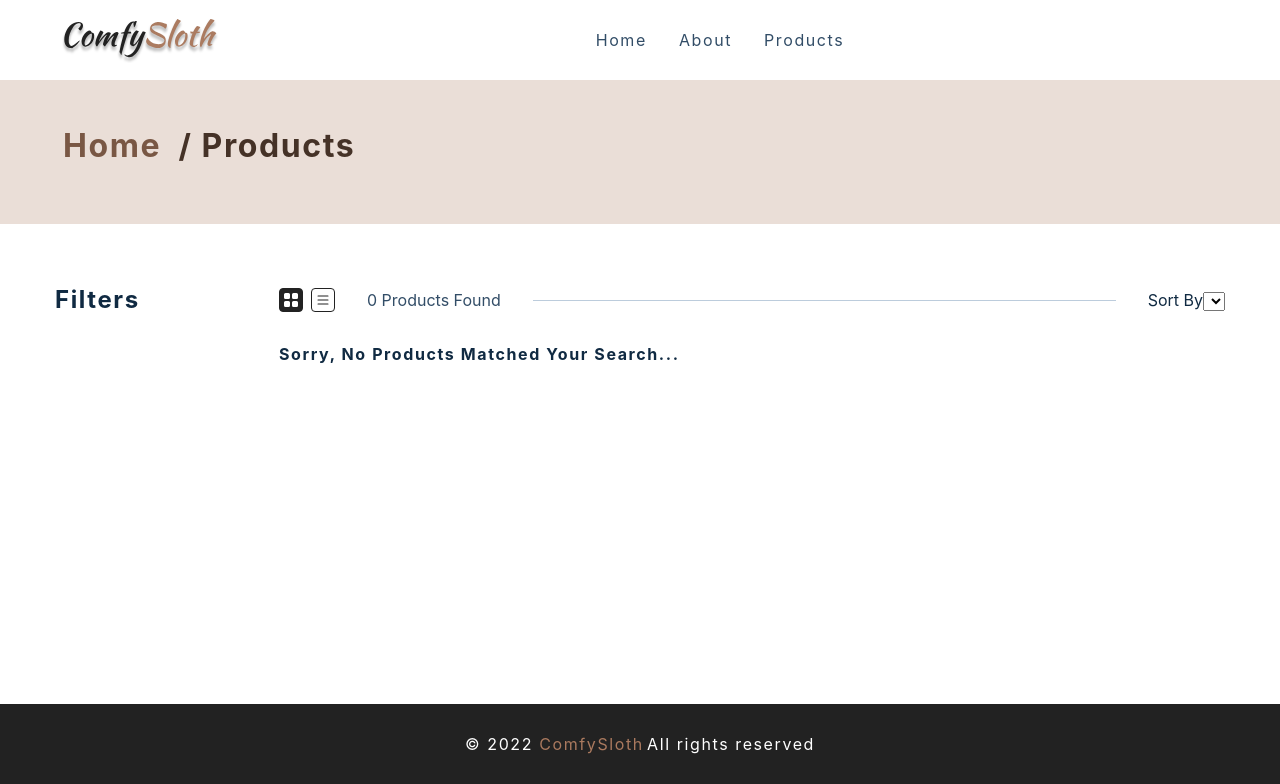
Repository: MateuszWorek/react-comfy-store
Page: /products
An editor plug-in stored every save of this project. The page is shown before and after the next save, followed by the edit.
The browser window is 1280 px wide. The pictures show the whole page.
The page's requests for data from a server got no answer. The project was rebuilt for these pictures with package versions that can differ from the ones it lists, and the page was loaded fresh each time. A package was used in the major version that the imports need, not the one package.json lists. No one was signed in, and anything a server would have sent is missing. Also part of the build but not shown: src/components/Error.js, src/components/Loading.js, src/components/Product.js, src/components/FeaturedProducts.js, src/reducers/cart_reducer.js, src/context/cart_context.js, src/context/user_context.js, src/components/Hero.js and 19 more. Imported but missing from the stored project, and not drawn on this page: src/components/AmountButtons.

Above is the page before, as saved 2022-07-17 09:13:22.

After the next save:
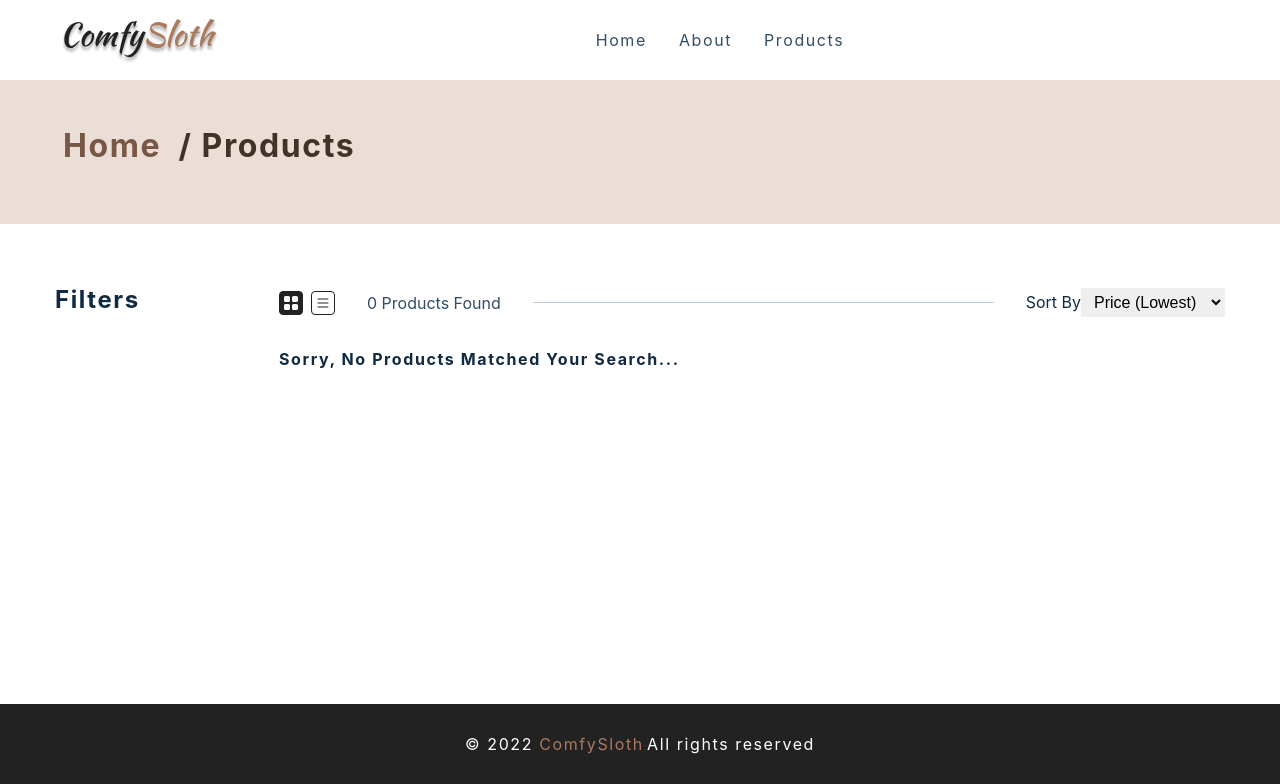
Saved 2 min 41 s later.
--- a/src/components/Sort.js
+++ b/src/components/Sort.js
@@ -20,7 +20,12 @@ const Sort = () => {
       <hr />
       <form>
         <label htmlFor='sort'>sort by</label>
-        <select name='sort' id='sort'></select>
+        <select name='sort' id='sort' className='sort-input'>
+          <option value='price-lowest'>price (lowest)</option>
+          <option value='price-highest'>price (highest)</option>
+          <option value='name-a'>name (a-z)</option>
+          <option value='name-z'>name (z-a)</option>
+        </select>
       </form>
     </Wrapper>
   );
